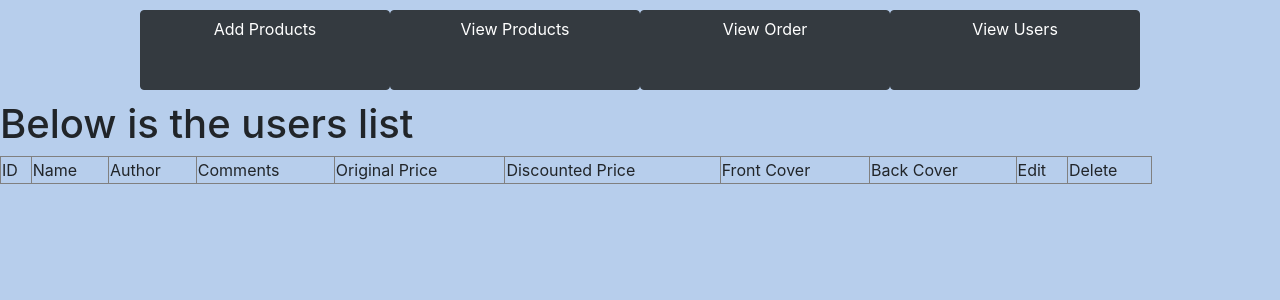
Repository: abhishekgandhi2398/BookStore
Page: http://localhost/BookStore/admin_view_product.jsp
These files come from the project's save history. The page is drawn as it stood at one moment and after the next save; the edit follows.
The browser window is 1280 px wide. The pictures show the whole page.
The page is served by Tomcat 9. Queries for data that is not in the repository find no rows.

Above is the page before, as saved 2019-12-06 16:11:04.
Console error: TypeError: Cannot read properties of undefined (reading 'fn')

After the next save:
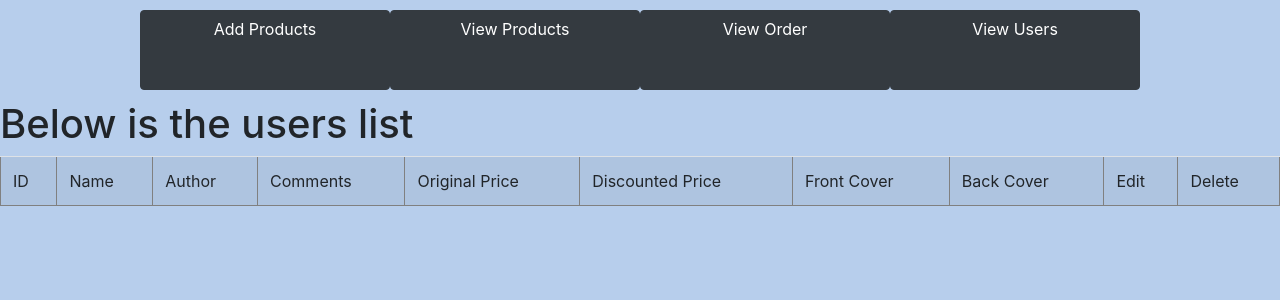
Saved 37 s later.
--- a/ProjectJava/BookStore/WebContent/admin_view_product.jsp
+++ b/ProjectJava/BookStore/WebContent/admin_view_product.jsp
@@ -58,7 +58,7 @@ request.setAttribute("list",list);
 
 
 
-<table border="1" width="90%">
+<table border="1" width="90%" class="table table-striped">
 
 <tr>
 
